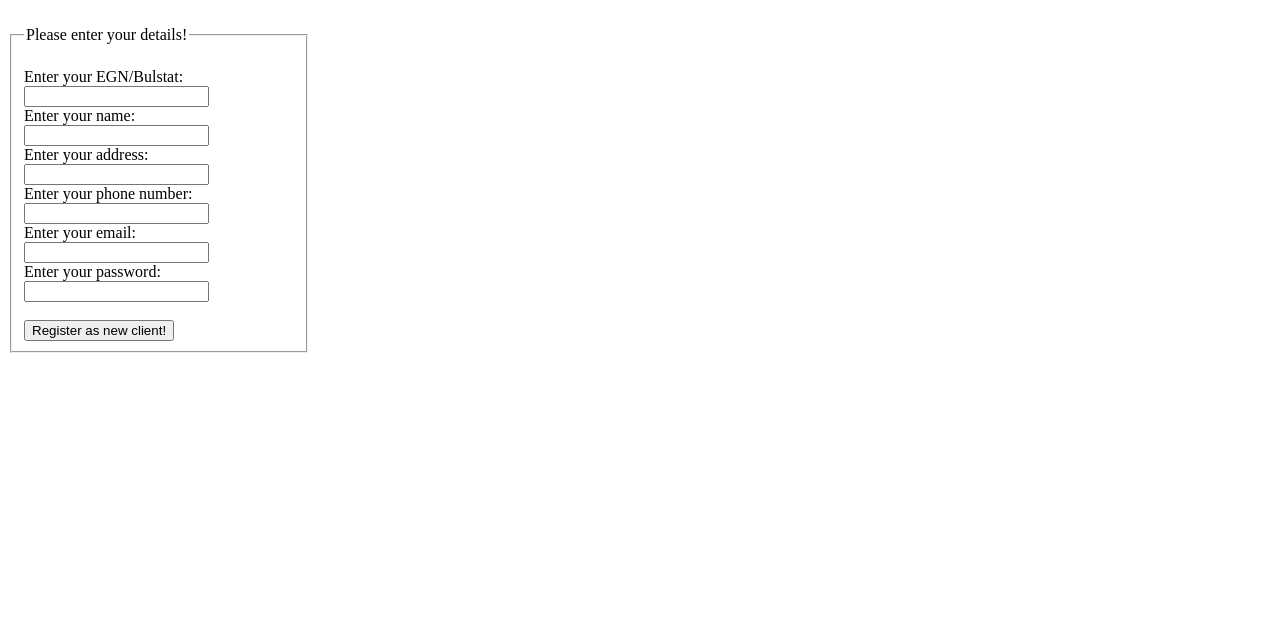
Repository: A-Mitev/E-Banking_Team_Project
Page: http://localhost/FiBank/WEB-INF/views/jsp/Register.jsp
These files come from the project's save history. The page is drawn as it stood at one moment and after the next save; the edit follows.
The browser window is 1280 px wide. The pictures show the whole page.
The page is served by Tomcat 9. Nobody is signed in. Other server files are loaded and not shown. The template is opened directly, without the code that normally fills it, so the values that code supplies are empty.

Above is the page before, as saved 2016-04-06 06:32:50.

### FiBank/src/main/webapp/WEB-INF/views/jsp/Register.jsp
<%@page import="javax.servlet.descriptor.TaglibDescriptor"%>
<%@ page language="java" contentType="text/html; charset=UTF-8"
	pageEncoding="UTF-8"%>
<%@ taglib prefix="springForm"
	uri="http://www.springframework.org/tags/form"%>
<!DOCTYPE html PUBLIC "-//W3C//DTD HTML 4.01 Transitional//EN" "http://www.w3.org/TR/html4/loose.dtd">
<html>
<head>
<style>
<fieldset>
width:270px;
border: 5px solid #cef1ff;
</fieldset>

input[type=text] {
    width: 100%;
    padding: 12px 20px;
    margin: 8px 0;
    box-sizing: border-box;
}
</style>
<meta http-equiv="Content-Type" content="text/html; charset=UTF-8">
<title>Register Page</title>
</head>
<body>
	 ${text}
	<br />
	<springForm:form method="post" commandName="user" >
	<fieldset style="width:270px" style="border: 5px solid #cef1ff;">
		<legend>Please enter your details!</legend>
		<br/>
		<label>Enter your EGN/Bulstat:</label>
		<springForm:input type="text" path="id" />
		<br />
		<label>Enter your name:</label>
		<springForm:input type="text" path="name" />
		<br />
		<label>Enter your address:</label>
		<springForm:input type="text" path="address" />
		<br />
		<label>Enter your phone number:</label>
		<springForm:input type="text" path="phone" />
		<br />
		<label>Enter your email:</label>
		<springForm:input type="text" path="email" />
		<br />
		<label>Enter your password:</label>
		<springForm:input type="text" path="password" />
		<br />
		<br />
		<input type="submit" value="Register as new client!" />
		</fieldset>
	</springForm:form>
</body>
</html>

After the next save:
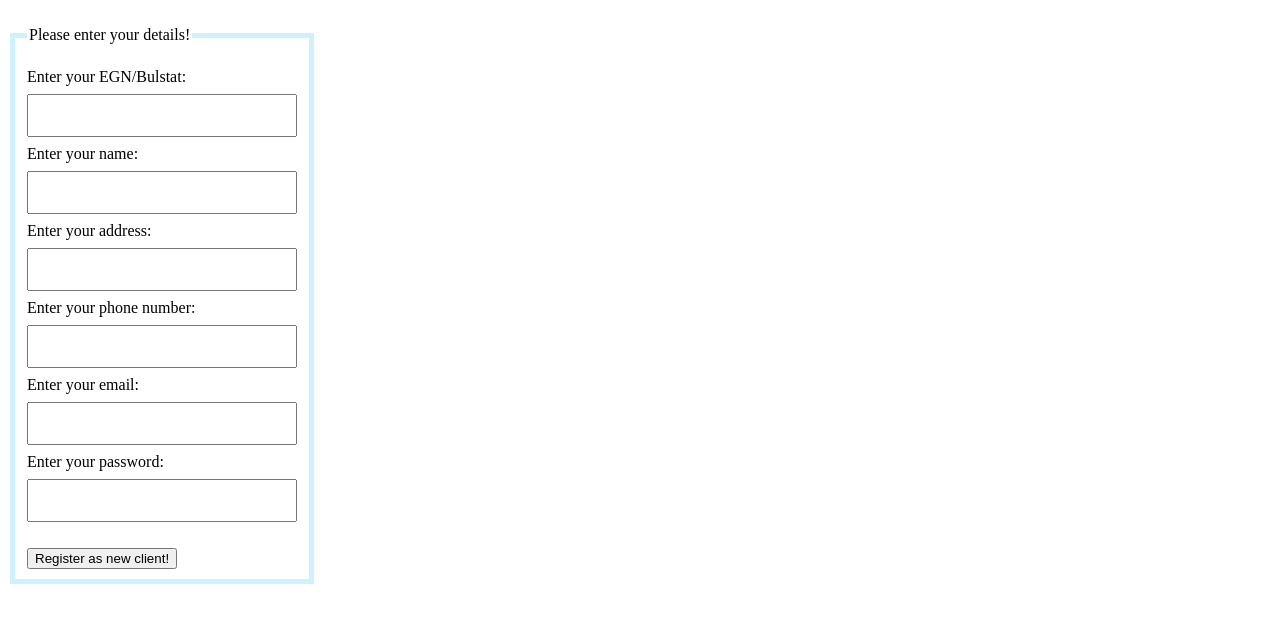
Saved 33 s later.
--- a/FiBank/src/main/webapp/WEB-INF/views/jsp/Register.jsp
+++ b/FiBank/src/main/webapp/WEB-INF/views/jsp/Register.jsp
@@ -7,10 +7,10 @@
 <html>
 <head>
 <style>
-<fieldset>
+fieldset{
 width:270px;
 border: 5px solid #cef1ff;
-</fieldset>
+}
 
 input[type=text] {
     width: 100%;
